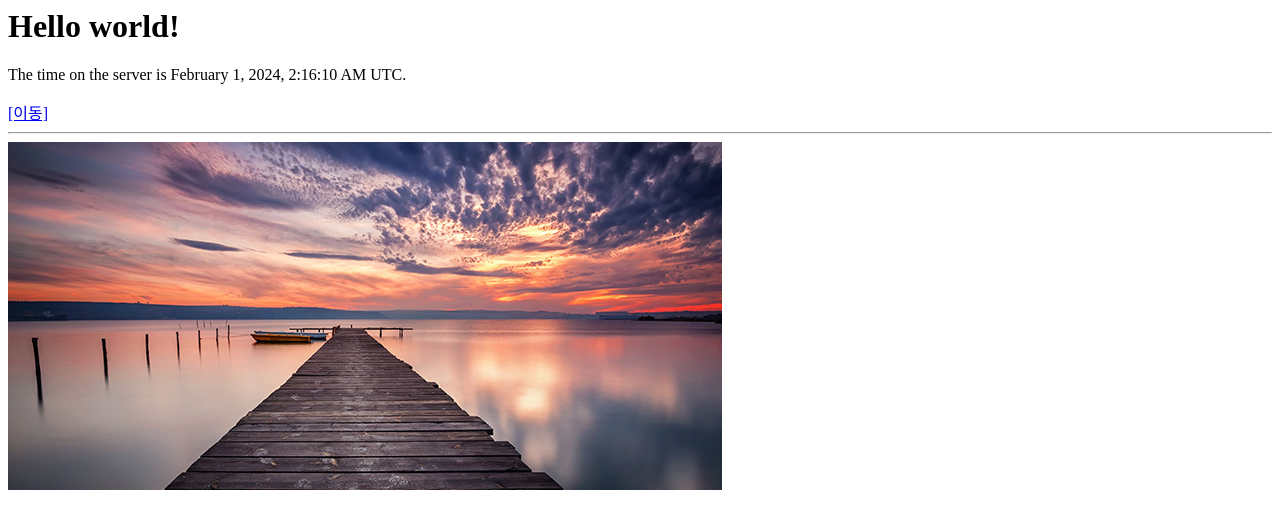
Repository: seokjaegon/sts3Work
Page: http://localhost/spring-first/
An editor plug-in stored every save of this project. The page is shown before and after the next save, followed by the edit.
The browser window is 1280 px wide. The pictures show the whole page.
The page is served by Tomcat 9. Other server files are loaded and not shown. The template is opened directly, without the code that normally fills it, so the values that code supplies are empty.

Above is the page before, as saved 2024-02-01 06:18:28.

### spring-first/src/main/webapp/WEB-INF/views/home.jsp
<%@ page language="java" contentType="text/html; charset=UTF-8"
    pageEncoding="UTF-8"%>
<%@ taglib uri="http://java.sun.com/jsp/jstl/core" prefix="c" %>
<%@ page session="false" %>
<html>
<head>
	<title>Home</title>
</head>
<body>
<h1>
	Hello world!
</h1>

<P>  The time on the server is ${serverTime}. </P>
<a href="first">[이동]</a>

<hr>

<img src="resources/images/풍경사진.jpg">
</body>
</html>

### spring-first/src/main/webapp/resources/css/style.css
@charset "UTF-8";

body {
	background-color: pink;
}

After the next save:
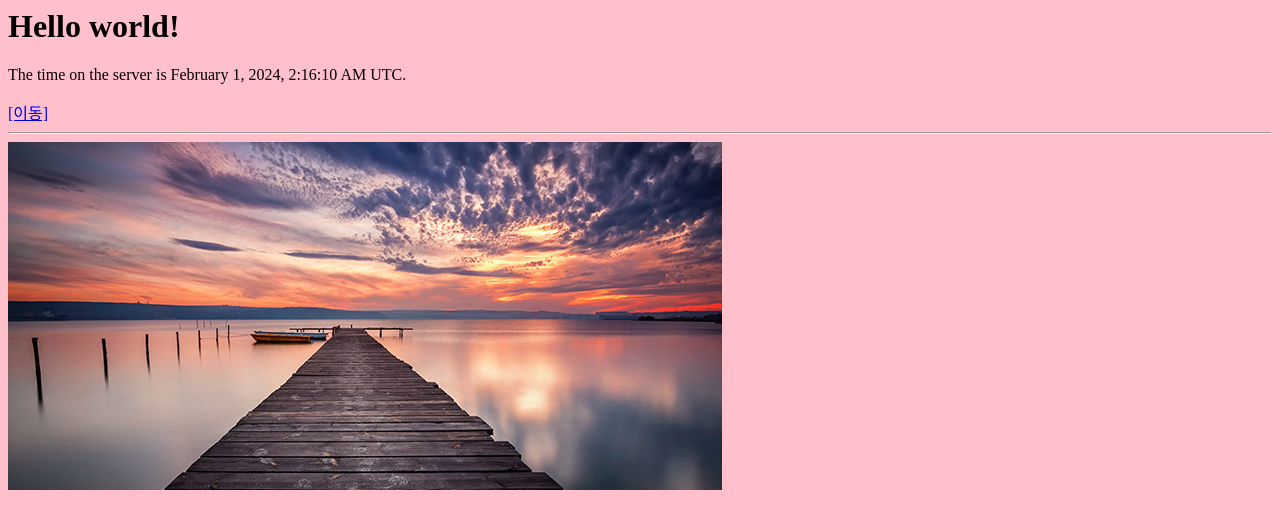
Saved 102 s later.
--- a/spring-first/src/main/webapp/WEB-INF/views/home.jsp
+++ b/spring-first/src/main/webapp/WEB-INF/views/home.jsp
@@ -5,6 +5,9 @@
 <html>
 <head>
 	<title>Home</title>
+	<style type="text/css">
+		@import url("resources/css/style.css")
+	</style>
 </head>
 <body>
 <h1>
